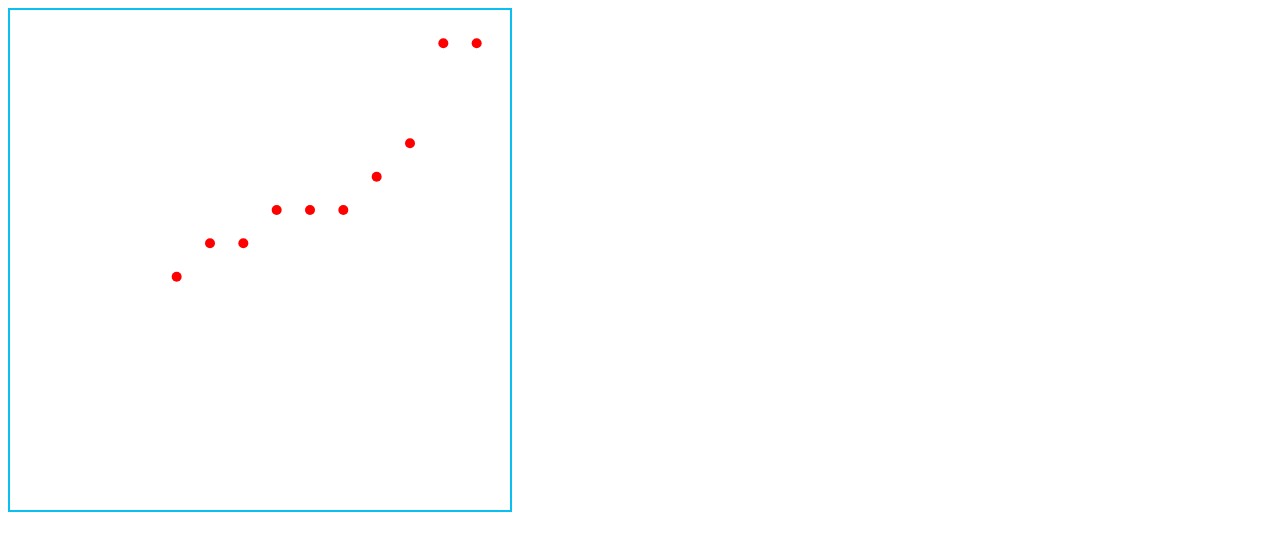
Repository: Jubair-Ahmed-Junjun/js-graphics
Page: Scatter Plots.html
The author's editor kept a copy of each file at every save. The page is drawn from the files as they stood at one save, then again after the next save.
The browser window is 1280 px wide. The pictures show the whole page.

Above is the page before, as saved 2022-08-08 21:44:54.

After the next save:
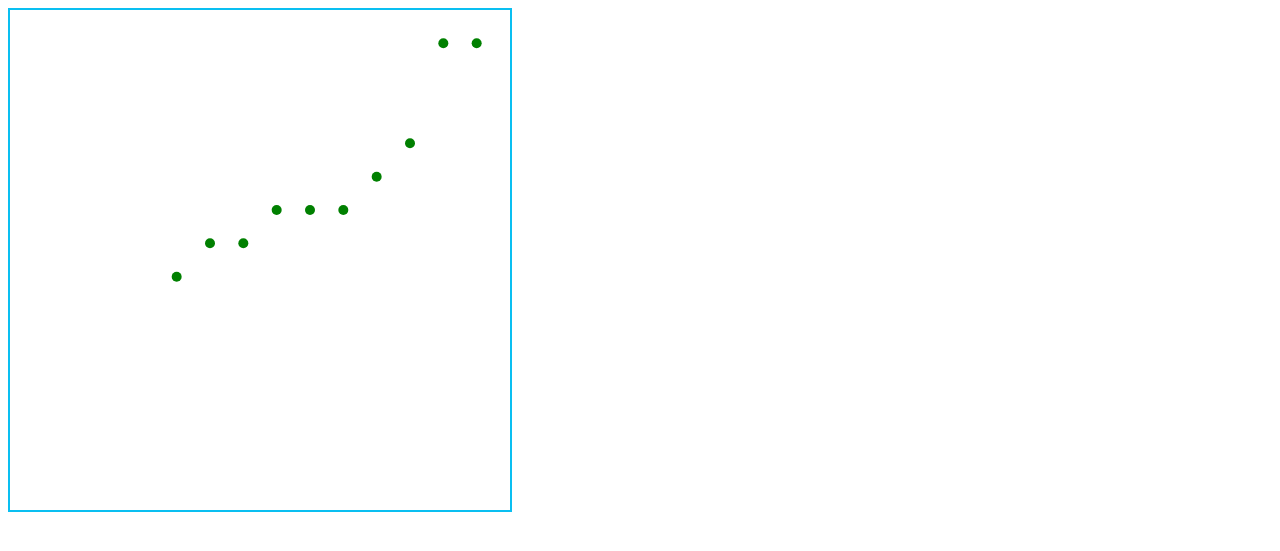
Saved 75 s later.
--- a/Scatter Plots.html
+++ b/Scatter Plots.html
@@ -15,7 +15,7 @@ ctx.transform(1, 0, 0, -1, 0, xMax)
 const xArray = [50,60,70,80,90,100,110,120,130,140,150];
 const yArray = [7,8,8,9,9,9,10,11,14,14,15];
 
-ctx.fillStyle = "red";
+ctx.fillStyle = "green";
 for (let i = 0; i < xArray.length-1; i++) {
   let x = xArray[i] * xMax/150;
   let y = yArray[i] * yMax/15;
